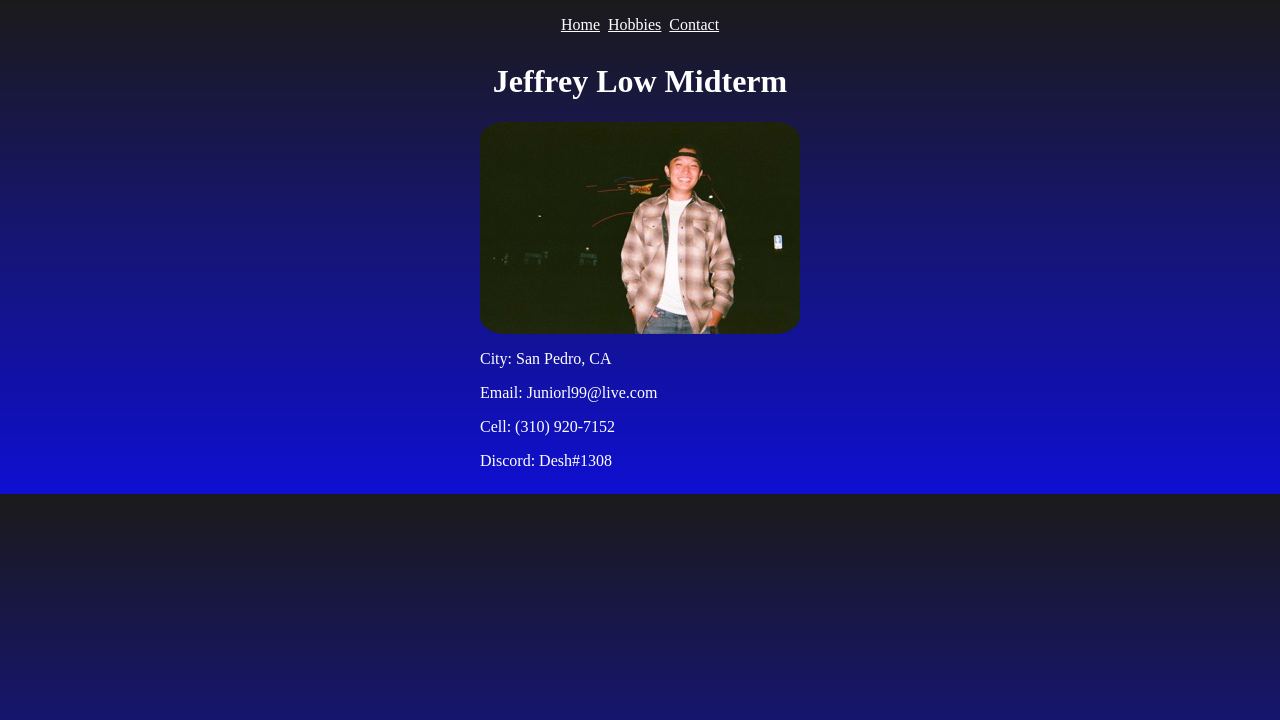
Repository: sebas6292/Jeff-Midterm
Page: home.html
An editor plug-in stored every save of this project. The page is shown before and after the next save, followed by the edit.
The browser window is 1280 px wide. The pictures show the whole page.

Above is the page before, as saved 2023-04-30 23:42:07.

After the next save:
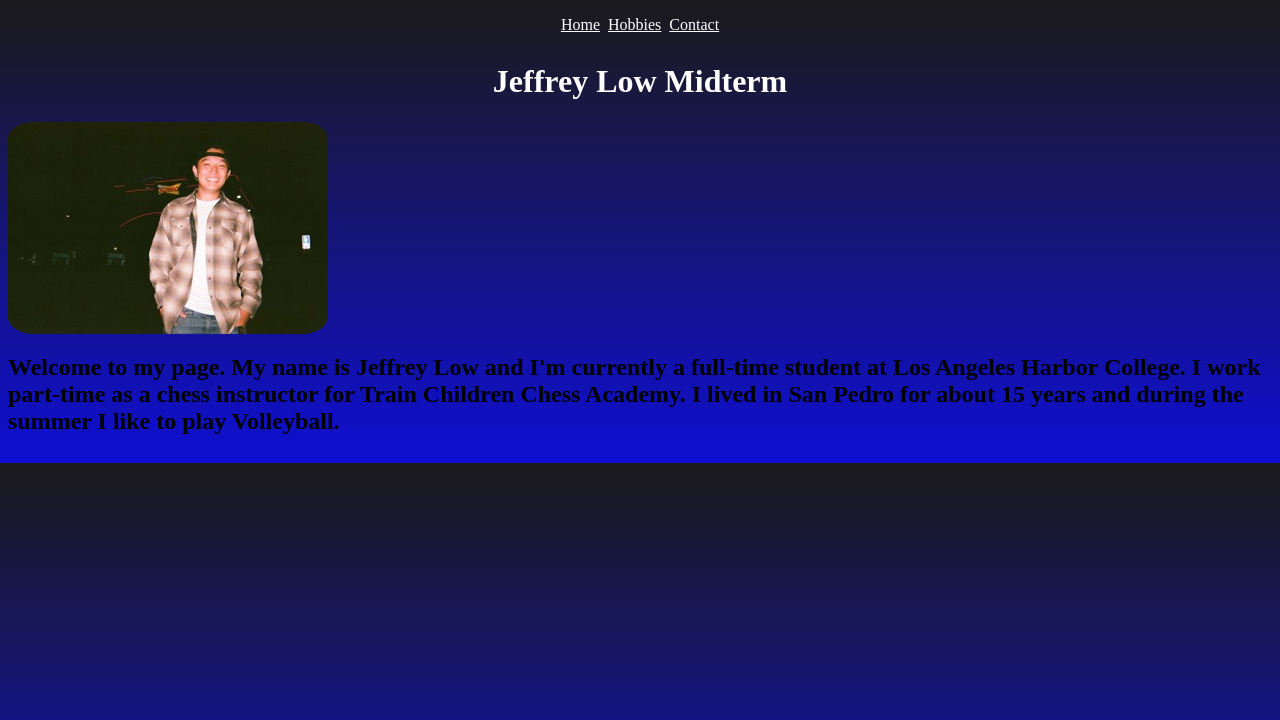
Saved 15 s later.
--- a/home.html
+++ b/home.html
@@ -24,10 +24,7 @@
       <section class="contact-info" >
         <div>
             <img src="pics/Swag.jpeg"/>
-            <p>City: San Pedro, CA</p>
-            <p>Email: Juniorl99@live.com</p>
-            <p>Cell: (310) 920-7152</p>
-            <p>Discord: Desh#1308</p>
+            <h2>Welcome to my page. My name is Jeffrey Low and I'm currently a full-time student at Los Angeles Harbor College. I work part-time as a chess instructor for Train Children Chess Academy. I lived in San Pedro for about 15 years and during the summer I like to play Volleyball. </h2>
         </div>
       </section>
     </main>
